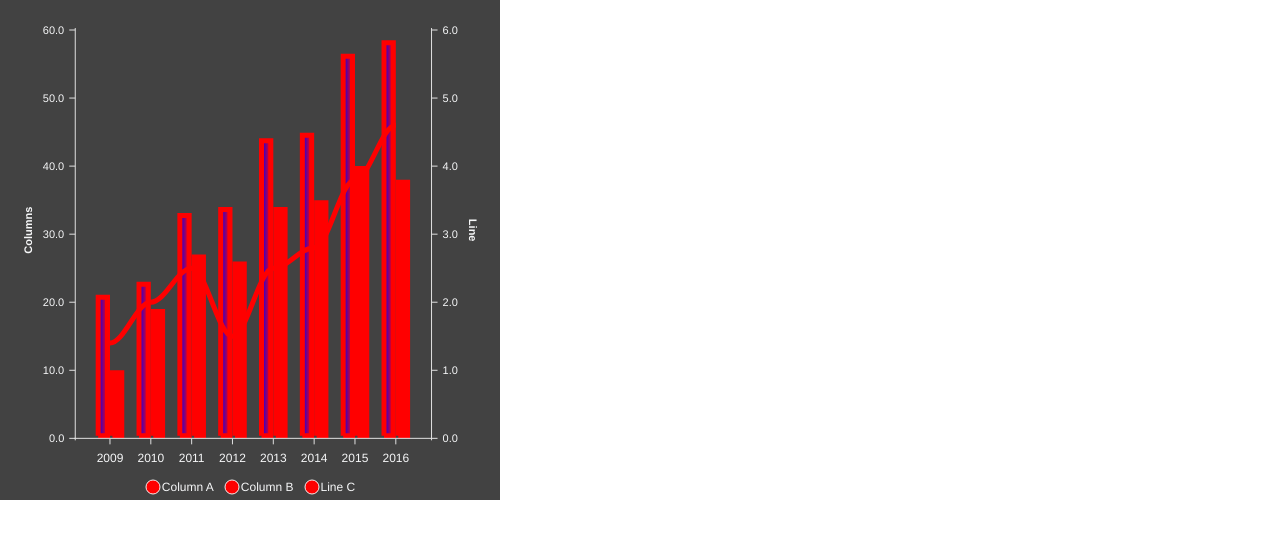
Repository: wanted-pre-onboarding-internship-1team/pre-onboarding-9th-3-1
Page: /
The author's editor kept a copy of each file at every save. The page is drawn from the files as they stood at one save, then again after the next save.
The browser window is 1280 px wide. The pictures show the whole page.
The project was rebuilt for these pictures with package versions that can differ from the ones it lists, and the page was loaded fresh each time.

Above is the page before, as saved 2023-03-15 00:26:03.

### public/index.html
<!DOCTYPE html>
<html lang="en">
  <head>
    <meta charset="utf-8" />
    <link rel="icon" href="%PUBLIC_URL%/favicon.ico" />
    <meta name="viewport" content="width=device-width, initial-scale=1" />
    <meta name="theme-color" content="#000000" />

    <title>React App</title>
  </head>

  <body>
    <div id="root"></div>
  </body>
</html>

### src/index.tsx
import App from './App';
import './index.css';
import React from 'react';
import ReactDOM from 'react-dom/client';
import { BrowserRouter } from 'react-router-dom';

const root = ReactDOM.createRoot(
  document.getElementById('root') as HTMLElement
);
root.render(
  <BrowserRouter>
    <App />
  </BrowserRouter>
);

### src/App.tsx
import Router from './router/router';
import { createGlobalStyle } from 'styled-components';
import reset from 'styled-reset';

const GlobalStyle = createGlobalStyle`
  ${reset}
`;

function App() {
  return (
    <>
      <GlobalStyle />
      <Router />
    </>
  );
}

export default App;

### src/router/router.tsx
import Mainpage from '../pages/Mainpage';
import React from 'react';
import { Route, Routes } from 'react-router-dom';

export default function router() {
  return (
    <Routes>
      <Route path='/' element={<Mainpage />} />
    </Routes>
  );
}

### src/pages/Mainpage.tsx
import { api } from '../apis';
import { GetMockResponse } from '../apis/types/mock';
import useMockList from '../hooks/useMockList';
import axios from 'axios';
import React, { useEffect, useState } from 'react';
import ApexCharts from 'react-apexcharts';

export default function Mainpage() {
  const test = useMockList();
  console.log(test);
  return (
    <div>
      <ApexCharts
        type='line'
        height='500'
        width='500'
        series={[
          {
            name: 'Column A',
            type: 'column',
            data: [21.1, 23, 33.1, 34, 44.1, 44.9, 56.5, 58.5],
          },
          {
            name: 'Column B',
            type: 'column',
            data: [10, 19, 27, 26, 34, 35, 40, 38],
          },
          {
            name: 'Line C',
            type: 'line',
            data: [1.4, 2, 2.5, 1.5, 2.5, 2.8, 3.8, 4.6],
          },
        ]}
        options={{
          theme: {
            mode: 'dark',
          },
          chart: {
            toolbar: {
              show: false,
            },
          },
          grid: { show: false },
          stroke: {
            curve: 'smooth',
            width: 5,
          },
          xaxis: {
            categories: [2009, 2010, 2011, 2012, 2013, 2014, 2015, 2016],
          },
          yaxis: [
            {
              seriesName: 'Column A',
              axisTicks: {
                show: true,
              },
              axisBorder: {
                show: true,
              },
              title: {
                text: 'Columns',
              },
            },
            {
              seriesName: 'Column A',
              show: false,
            },
            {
              opposite: true,
              seriesName: 'Line C',
              axisTicks: {
                show: true,
              },
              axisBorder: {
                show: true,
              },
              title: {
                text: 'Line',
              },
            },
          ],
          fill: {
            type: 'gradient',
            gradient: { gradientToColors: ['blue'], stops: [0, 100] },
          },
          colors: ['red'],
        }}
      />
      {/* <ApexCharts
        height='500'
        width='1000'
        series={[
          {
            name: 'bar',
            type: 'column',
            data: test.barValueList,
          },
          {
            name: 'area',
            type: 'area',
            data: test.areaValueList,
          },
          {
            name: 'id',
            type: 'none',
            data: test.areaValueList,
          },
        ]}
        options={{
          stroke: {
            width: [0, 2, 5],
            curve: 'smooth',
          },
          dataLabels: {
            enabled: false,
          },
          yaxis: [
            {
              seriesName: 'area',
              axisTicks: {
                show: true,
              },
              axisBorder: {
                show: true,
              },
              title: {
                text: 'area1',
              },
            },
            {
              seriesName: 'bar',
              axisTicks: {
                show: true,
              },
              axisBorder: {
                show: true,
              },
              title: {
                text: 'bar',
              },
            },
          ],
          xaxis: {
            categories: test.timeList,
          },
          colors: ['#99C2A2', '#66C7F4', '#caa137'],
        }}
      /> */}
    </div>
  );
}

{
  /* <div>
<ApexCharts
  height='500'
  width='1000'
  series={[
    {
      name: 'TEAM A',
      type: 'column',
      data: test.areaValueList,
    },
  ]}
  options={{
    grid: {
      row: {
        colors: ['#f3f3f3', 'transparent'],
        opacity: 0.5,
      },
    },
    stroke: {
      width: [0, 2, 5],
      curve: 'smooth',
    },

    xaxis: {
      categories: test.timeList,
    },
    colors: ['red', 'blue'],
  }}
/>
</div> */
}

### src/hooks/useMockList.ts
import { api } from '../apis';
import { GetMockResponse } from '../apis/types/mock';
import { useEffect, useState } from 'react';

export default function useMockList() {
  const [originData, setOriginData] = useState<GetMockResponse['response']>();

  const dateList = originData ? Object.keys(originData) : [];

  const timeList = originData
    ? Object.keys(originData).map(time => time.split(' ')[1])
    : [];

  const idList = originData
    ? Object.entries(originData).map(entry => entry[1].id)
    : [];

  const barValueList = originData
    ? Object.entries(originData).map(entry => entry[1].value_bar)
    : [];

  const areaValueList = originData
    ? Object.entries(originData).map(entry => entry[1].value_area)
    : [];

  useEffect(() => {
    api.mock.getMockDatas().then(res => {
      const { data } = res;
      setOriginData(data.response);
    });
  }, []);

  return { timeList, dateList, idList, barValueList, areaValueList };
}

### src/apis/index.ts
import { instance } from './instance';
import MockService from './mockService';

const mockService = new MockService(instance);

export const api = { mock: mockService };

### src/apis/instance.ts
import axios, { AxiosInstance, AxiosRequestConfig, AxiosResponse } from 'axios';

interface CustomInstance extends AxiosInstance {
  get<T = unknown, R = AxiosResponse<T>, D = unknown>(
    url: string,
    config?: AxiosRequestConfig<D>
  ): Promise<R>;
}

const instance: CustomInstance = axios.create({
  baseURL: '/',
});

export { instance };

### src/apis/mockService.ts
import { instance } from './instance';
import { GetMockResponse } from './types/mock';

export default class MockService {
  constructor(private api: typeof instance) {}
  getMockDatas = async () => this.api.get<GetMockResponse>('data/mock.json');
}

### public/data/mock.json
{
  "type": "Flexsys Mock API",
  "version": 1.0,
  "response": {
    "2023-02-01 14:32:00": {
      "id": "성북구",
      "value_area": 46,
      "value_bar": 13111
    },
    "2023-02-01 14:32:05": {
      "id": "강남구",
      "value_area": 9,
      "value_bar": 19143
    },
    "2023-02-01 14:32:10": {
      "id": "노원구",
      "value_area": 79,
      "value_bar": 14798
    },
    "2023-02-01 14:32:15": {
      "id": "중랑구",
      "value_area": 4,
      "value_bar": 14456
    },
    "2023-02-01 14:32:20": {
      "id": "노원구",
      "value_area": 97,
      "value_bar": 19116
    },
    "2023-02-01 14:32:25": {
      "id": "성북구",
      "value_area": 66,
      "value_bar": 18098
    },
    "2023-02-01 14:32:30": {
      "id": "중랑구",
      "value_area": 84,
      "value_bar": 16243
    },
    "2023-02-01 14:32:35": {
      "id": "강남구",
      "value_area": 5,
      "value_bar": 13100
    },
    "2023-02-01 14:32:40": {
      "id": "성북구",
      "value_area": 13,
      "value_bar": 19429
    },
    "2023-02-01 14:32:45": {
      "id": "노원구",
      "value_area": 50,
      "value_bar": 14923
    },
    "2023-02-01 14:32:50": {
      "id": "강남구",
      "value_area": 24,
      "value_bar": 10127
    },
    "2023-02-01 14:32:55": {
      "id": "강남구",
      "value_area": 98,
      "value_bar": 12583
    },
    "2023-02-01 14:33:00": {
      "id": "중랑구",
      "value_area": 7,
      "value_bar": 12310
    },
    "2023-02-01 14:33:05": {
      "id": "중랑구",
      "value_area": 21,
      "value_bar": 15764
    },
    "2023-02-01 14:33:10": {
      "id": "강남구",
      "value_area": 67,
      "value_bar": 11060
    },
    "2023-02-01 14:33:15": {
      "id": "강남구",
      "value_area": 69,
      "value_bar": 14857
    },
    "2023-02-01 14:33:20": {
      "id": "노원구",
      "value_area": 86,
      "value_bar": 13995
    },
    "2023-02-01 14:33:25": {
      "id": "중랑구",
      "value_area": 59,
      "value_bar": 14773
    },
    "2023-02-01 14:33:30": {
      "id": "노원구",
      "value_area": 77,
      "value_bar": 18347
    },
    "2023-02-01 14:33:35": {
      "id": "성북구",
      "value_area": 77,
      "value_bar": 15970
    },
    "2023-02-01 14:33:40": {
      "id": "성북구",
      "value_area": 27,
      "value_bar": 18577
    },
    "2023-02-01 14:33:45": {
      "id": "성북구",
      "value_area": 33,
      "value_bar": 11704
    },
    "2023-02-01 14:33:50": {
      "id": "성북구",
      "value_area": 17,
      "value_bar": 17241
    },
    "2023-02-01 14:33:55": {
      "id": "노원구",
      "value_area": 22,
      "value_bar": 14450
    },
    "2023-02-01 14:34:00": {
      "id": "중랑구",
      "value_area": 27,
      "value_bar": 14970
    },
    "2023-02-01 14:34:05": {
      "id": "중랑구",
      "value_area": 99,
      "value_bar": 17906
    },
    "2023-02-01 14:34:10": {
      "id": "강남구",
      "value_area": 65,
      "value_bar": 11233
    },
    "2023-02-01 14:34:15": {
      "id": "노원구",
      "value_area": 38,
      "value_bar": 17306
    },
    "2023-02-01 14:34:20": {
      "id": "성북구",
      "value_area": 63,
      "value_bar": 14577
    },
    "2023-02-01 14:34:25": {
      "id": "중랑구",
      "value_area": 58,
      "value_bar": 13199
    },
    "2023-02-01 14:34:30": {
      "id": "중랑구",
      "value_area": 93,
      "value_bar": 12707
    },
    "2023-02-01 14:34:35": {
      "id": "강남구",
      "value_area": 74,
      "value_bar": 15064
    },
    "2023-02-01 14:34:40": {
      "id": "강남구",
      "value_area": 45,
      "value_bar": 16300
    },
    "2023-02-01 14:34:45": {
      "id": "성북구",
      "value_area": 7,
      "value_bar": 14605
    },
    "2023-02-01 14:34:50": {
      "id": "노원구",
      "value_area": 7,
      "value_bar": 15210
    },
    "2023-02-01 14:34:55": {
      "id": "성북구",
      "value_area": 89,
      "value_bar": 13578
    },
    "2023-02-01 14:35:00": {
      "id": "중랑구",
      "value_area": 37,
      "value_bar": 11298
    },
    "2023-02-01 14:35:05": {
      "id": "노원구",
      "value_area": 82,
      "value_bar": 15686
    },
    "2023-02-01 14:35:10": {
      "id": "중랑구",
      "value_area": 19,
      "value_bar": 11485
    },
    "2023-02-01 14:35:15": {
      "id": "성북구",
      "value_area": 37,
      "value_bar": 16848
    },
    "2023-02-01 14:35:20": {
      "id": "성북구",
      "value_area": 91,
      "value_bar": 18670
    },
    "2023-02-01 14:35:25": {
      "id": "강남구",
      "value_area": 44,
      "value_bar": 17165
    },
    "2023-02-01 14:35:30": {
      "id": "성북구",
      "value_area": 88,
      "value_bar": 15053
    },
    "2023-02-01 14:35:35": {
      "id": "성북구",
      "value_area": 1,
      "value_bar": 14998
    },
    "2023-02-01 14:35:40": {
      "id": "강남구",
      "value_area": 7,
      "value_bar": 17739
    },
    "2023-02-01 14:35:45": {
      "id": "중랑구",
      "value_area": 17,
      "value_bar": 19212
    },
    "2023-02-01 14:35:50": {
      "id": "노원구",
      "value_area": 73,
      "value_bar": 16757
    },
    "2023-02-01 14:35:55": {
      "id": "노원구",
      "value_area": 24,
      "value_bar": 12864
    },
    "2023-02-01 14:36:00": {
      "id": "노원구",
      "value_area": 99,
      "value_bar": 10178
    },
    "2023-02-01 14:36:05": {
      "id": "성북구",
      "value_area": 13,
      "value_bar": 19425
    },
    "2023-02-01 14:36:10": {
      "id": "강남구",
      "value_area": 2,
      "value_bar": 12455
    },
    "2023-02-01 14:36:15": {
      "id": "노원구",
      "value_area": 91,
      "value_bar": 16945
    },
    "2023-02-01 14:36:20": {
      "id": "성북구",
      "value_area": 10,
      "value_bar": 13734
    },
    "2023-02-01 14:36:25": {
      "id": "성북구",
      "value_area": 14,
      "value_bar": 13894
    },
    "2023-02-01 14:36:30": {
      "id": "중랑구",
      "value_area": 82,
      "value_bar": 19367
    },
    "2023-02-01 14:36:35": {
      "id": "중랑구",
      "value_area": 71,
      "value_bar": 15492
    },
    "2023-02-01 14:36:40": {
      "id": "강남구",
      "value_area": 2,
      "value_bar": 19082
    },
    "2023-02-01 14:36:45": {
      "id": "노원구",
      "value_area": 24,
      "value_bar": 13117
    },
    "2023-02-01 14:36:50": {
      "id": "노원구",
      "value_area": 96,
      "value_bar": 15744
    },
    "2023-02-01 14:36:55": {
      "id": "성북구",
      "value_area": 74,
      "value_bar": 15609
    },
    "2023-02-01 14:37:00": {
      "id": "노원구",
      "value_area": 48,
      "value_bar": 14747
    },
    "2023-02-01 14:37:05": {
      "id": "중랑구",
      "value_area": 34,
      "value_bar": 15331
    },
    "2023-02-01 14:37:10": {
      "id": "노원구",
      "value_area": 73,
      "value_bar": 12292
    },
    "2023-02-01 14:37:15": {
      "id": "강남구",
      "value_area": 77,
      "value_bar": 11454
    },
    "2023-02-01 14:37:20": {
      "id": "강남구",
      "value_area": 94,
      "value_bar": 12972
    },
    "2023-02-01 14:37:25": {
      "id": "성북구",
      "value_area": 29,
      "value_bar": 19279
    },
    "2023-02-01 14:37:30": {
      "id": "노원구",
      "value_area": 73,
      "value_bar": 18371
    },
    "2023-02-01 14:37:35": {
      "id": "노원구",
      "value_area": 50,
      "value_bar": 13317
    },
    "2023-02-01 14:37:40": {
      "id": "강남구",
      "value_area": 65,
      "value_bar": 18504
    },
    "2023-02-01 14:37:45": {
      "id": "성북구",
      "value_area": 87,
      "value_bar": 16196
    },
    "2023-02-01 14:37:50": {
      "id": "강남구",
      "value_area": 14,
      "value_bar": 19701
    },
    "2023-02-01 14:37:55": {
      "id": "중랑구",
      "value_area": 80,
      "value_bar": 14836
    },
    "2023-02-01 14:38:00": {
      "id": "노원구",
      "value_area": 14,
      "value_bar": 13074
    },
    "2023-02-01 14:38:05": {
      "id": "성북구",
      "value_area": 25,
      "value_bar": 18335
    },
    "2023-02-01 14:38:10": {
      "id": "중랑구",
      "value_area": 22,
      "value_bar": 15022
    },
    "2023-02-01 14:38:15": {
      "id": "노원구",
      "value_area": 6,
      "value_bar": 12043
    },
    "2023-02-01 14:38:20": {
      "id": "중랑구",
      "value_area": 88,
      "value_bar": 11144
    },
    "2023-02-01 14:38:25": {
      "id": "강남구",
      "value_area": 1,
      "value_bar": 17518
    },
    "2023-02-01 14:38:30": {
      "id": "노원구",
      "value_area": 90,
      "value_bar": 18643
    },
    "2023-02-01 14:38:35": {
      "id": "성북구",
      "value_area": 98,
      "value_bar": 18318
    },
    "2023-02-01 14:38:40": {
      "id": "중랑구",
      "value_area": 4,
      "value_bar": 10746
    },
    "2023-02-01 14:38:45": {
      "id": "강남구",
      "value_area": 43,
      "value_bar": 18806
    },
    "2023-02-01 14:38:50": {
      "id": "중랑구",
      "value_area": 43,
      "value_bar": 16209
    },
    "2023-02-01 14:38:55": {
      "id": "강남구",
      "value_area": 91,
      "value_bar": 14273
    },
    "2023-02-01 14:39:00": {
      "id": "성북구",
      "value_area": 31,
      "value_bar": 19193
    },
    "2023-02-01 14:39:05": {
      "id": "성북구",
      "value_area": 92,
      "value_bar": 19661
    },
    "2023-02-01 14:39:10": {
      "id": "노원구",
      "value_area": 20,
      "value_bar": 19574
    },
    "2023-02-01 14:39:15": {
      "id": "중랑구",
      "value_area": 72,
      "value_bar": 18963
    },
    "2023-02-01 14:39:20": {
      "id": "강남구",
      "value_area": 15,
      "value_bar": 13083
    },
    "2023-02-01 14:39:25": {
      "id": "성북구",
      "value_area": 34,
      "value_bar": 12868
    },
    "2023-02-01 14:39:30": {
      "id": "강남구",
      "value_area": 44,
      "value_bar": 10836
    },
    "2023-02-01 14:39:35": {
      "id": "중랑구",
      "value_area": 13,
      "value_bar": 14255
    },
    "2023-02-01 14:39:40": {
      "id": "노원구",
      "value_area": 35,
      "value_bar": 15437
    },
    "2023-02-01 14:39:45": {
      "id": "중랑구",
      "value_area": 95,
      "value_bar": 18426
    },
    "2023-02-01 14:39:50": {
      "id": "강남구",
      "value_area": 61,
      "value_bar": 11387
    },
    "2023-02-01 14:39:55": {
      "id": "성북구",
      "value_area": 18,
      "value_bar": 14312
    },
    "2023-02-01 14:40:00": {
      "id": "성북구",
      "value_area": 18,
      "value_bar": 18700
    },
    "2023-02-01 14:40:05": {
      "id": "중랑구",
      "value_area": 92,
      "value_bar": 18053
    },
    "2023-02-01 14:40:10": {
      "id": "강남구",
      "value_area": 75,
      "value_bar": 13460
    },
    "2023-02-01 14:40:15": {
      "id": "성북구",
      "value_area": 15,
      "value_bar": 14829
    }
  }
}

Loaded but not shown: src/index.css (common file)

After the next save:
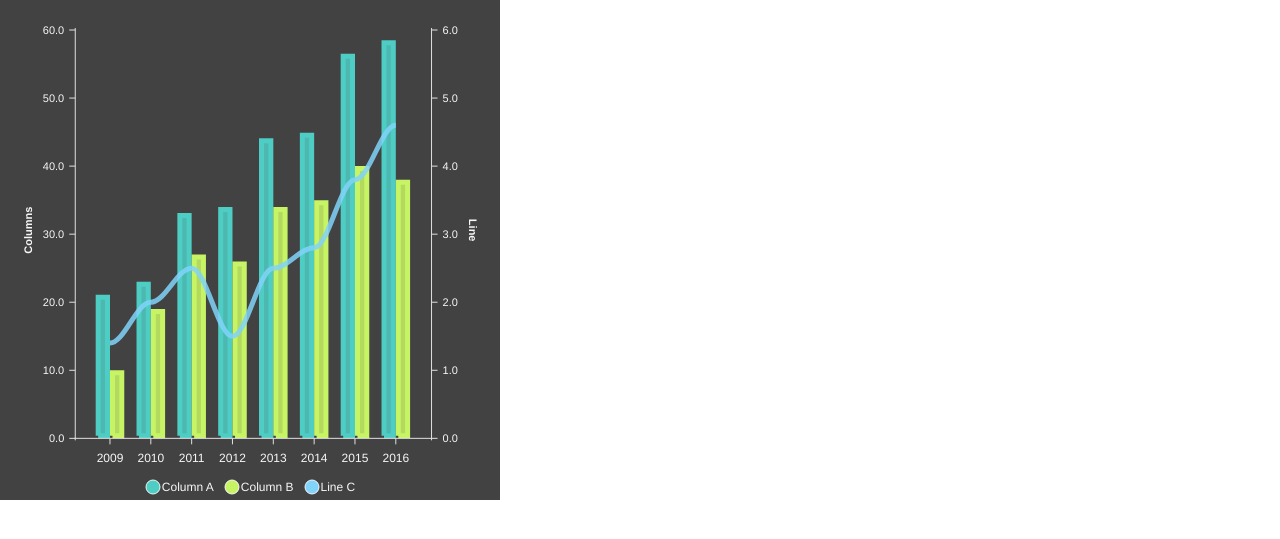
Saved 14 s later.
--- a/src/pages/Mainpage.tsx
+++ b/src/pages/Mainpage.tsx
@@ -79,11 +79,6 @@ export default function Mainpage() {
               },
             },
           ],
-          fill: {
-            type: 'gradient',
-            gradient: { gradientToColors: ['blue'], stops: [0, 100] },
-          },
-          colors: ['red'],
         }}
       />
       {/* <ApexCharts
